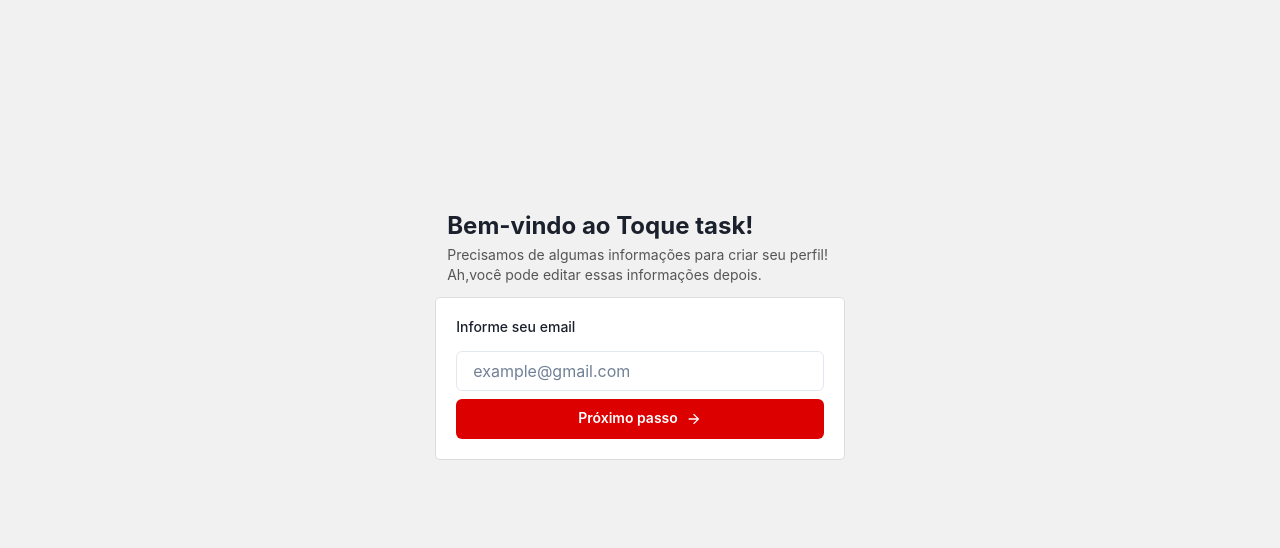
Repository: jorgelucasjs/chakra-ui-doc
Page: /
These files come from the project's save history. The page is drawn as it stood at one moment and after the next save; the edit follows.
The browser window is 1280 px wide. The pictures show the whole page.
The project was rebuilt for these pictures with package versions that can differ from the ones it lists, and the page was loaded fresh each time.

Above is the page before, as saved 2023-01-06 14:56:03.

After the next save:
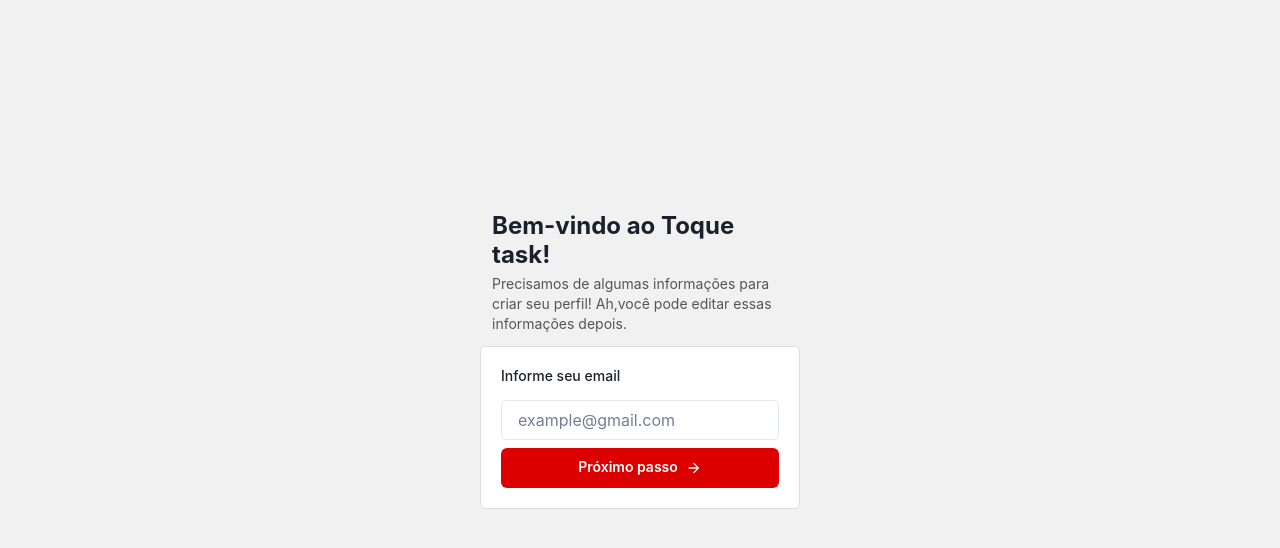
Saved 2 min 58 s later.
--- a/src/pages/index.tsx
+++ b/src/pages/index.tsx
@@ -15,7 +15,7 @@
 	return (
 		<Flex justify={'center'} bg={'#F1F1F1'} height='100vh' width="100%" >
 
-			<Box w={'32%'} mt={200} maxW='100%!'>
+			<Box width={{ base: '100%', sm: '50%', md: '25%' }} mt={200} maxW='100%!'>
 
 				<Box p={3} pb={0}>
 
